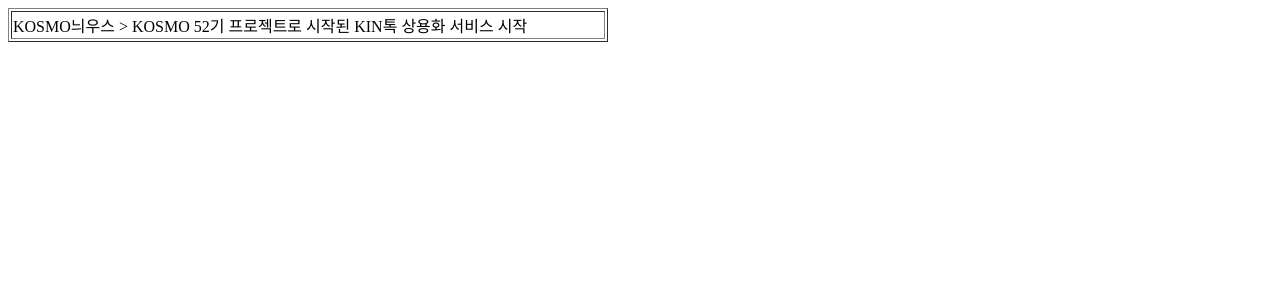
Repository: 8kosmo/workspace_script
Page: http://localhost/dev_html/ajax/news/newsData.jsp
An editor plug-in stored every save of this project. The page is shown before and after the next save, followed by the edit.
The browser window is 1280 px wide. The pictures show the whole page.
The page is served by Tomcat 9.

Above is the page before, as saved 2019-07-03 03:11:49.

After the next save:
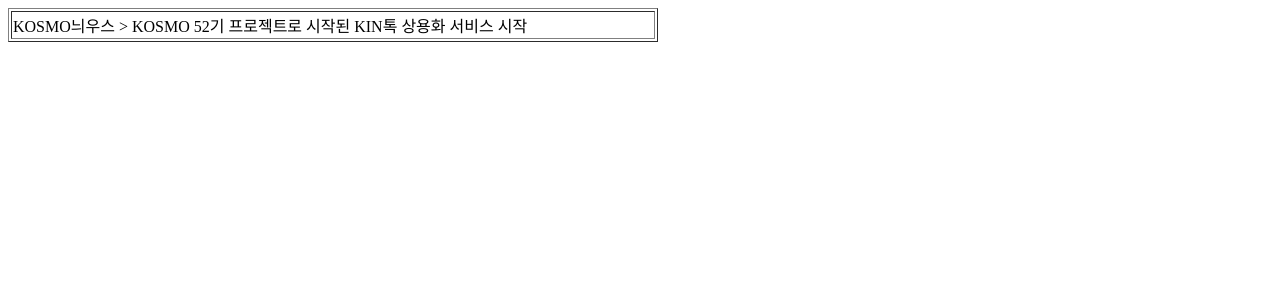
Saved 4 min 31 s later.
--- a/dev_html/WebContent/ajax/news/newsData.jsp
+++ b/dev_html/WebContent/ajax/news/newsData.jsp
@@ -4,7 +4,7 @@
 	int x = 1;
 	public String newsList(String news[]){
 		StringBuilder sb = new StringBuilder();
-		sb.append("<table width = '600px' border='1'>");
+		sb.append("<table width = '650px' border='1'>");
 		sb.append("<tr><td>"+news[0]+" > "+news[1]+"</td></tr>");
 		sb.append("</table>");
 		return sb.toString();
